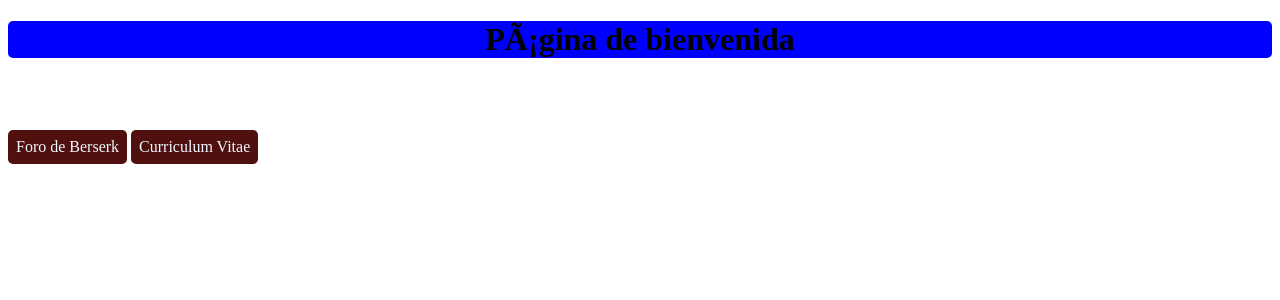
Repository: MateoSantander/Ejercicios4y5
Page: http://localhost/Ejercicio_4/index.jsp
These files come from the project's save history. The page is drawn as it stood at one moment and after the next save; the edit follows.
The browser window is 1280 px wide. The pictures show the whole page.
The page is served by Tomcat 9.

Above is the page before, as saved 2022-03-18 14:18:29.

After the next save:
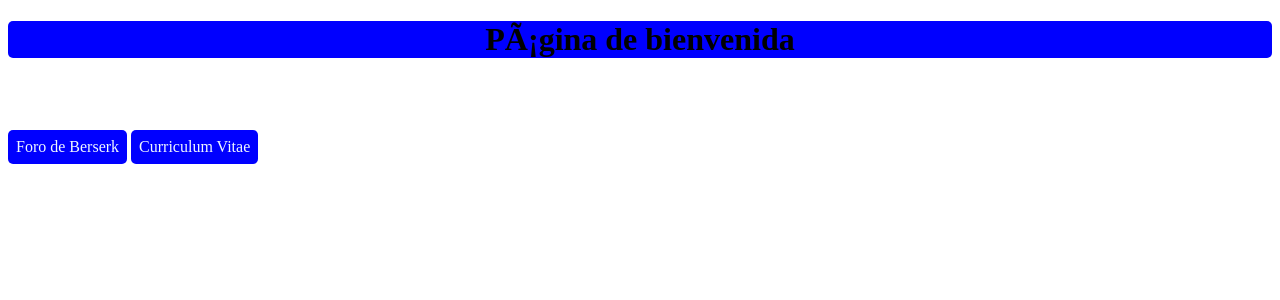
Saved 74 s later.
--- a/Ejercicio_4/src/main/webapp/css/index.css
+++ b/Ejercicio_4/src/main/webapp/css/index.css
@@ -11,7 +11,7 @@ nav>a{
     margin-top: 50px;
     border-radius: 5px;
     padding: 8px;
-    background-color: #501010;
+    background-color:blue;
     display: inline-block;
     text-decoration: none;
     color: aliceblue;
